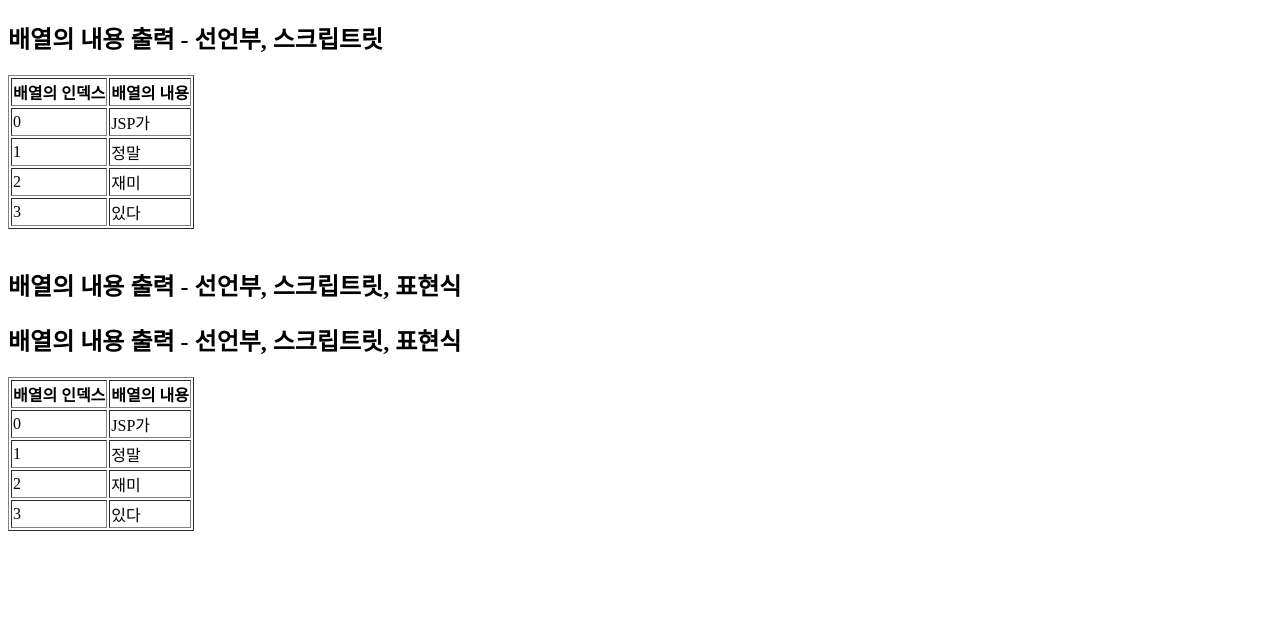
Repository: coolSummer1119/study
Page: http://localhost/ch03_Jsp/ch02_script/s01_script.jsp
An editor plug-in stored every save of this project. The page is shown before and after the next save, followed by the edit.
The browser window is 1280 px wide. The pictures show the whole page.
The page is served by Tomcat 9.

Above is the page before, as saved 2024-04-22 07:43:30.

After the next save:
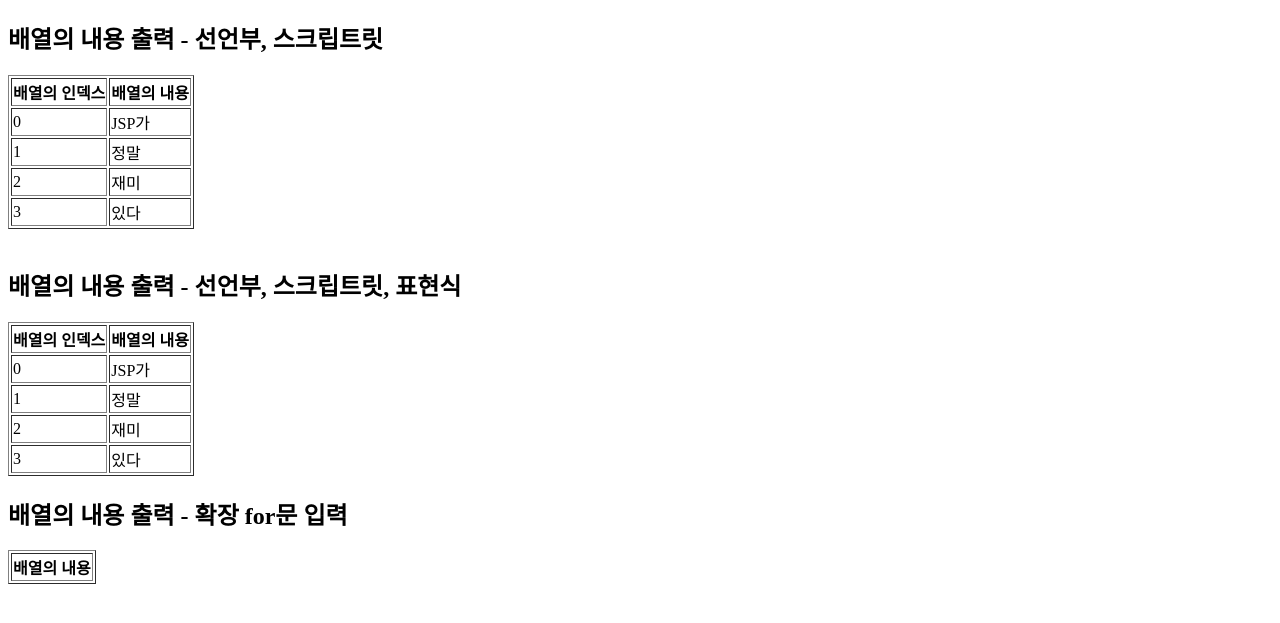
Saved 68 s later.
--- a/workspace/ch03_Jsp/src/main/webapp/ch02_script/s01_script.jsp
+++ b/workspace/ch03_Jsp/src/main/webapp/ch02_script/s01_script.jsp
@@ -46,8 +46,16 @@
 <%/* 스크립트릿 영역 */
 	}
 %>
+</table>
 
-<h2>배열의 내용 출력 - 선언부, 스크립트릿, 표현식</h2>
+<h2>배열의 내용 출력 - 확장 for문 입력</h2>
+<table border="1">
+	<tr>
+		<th>배열의 내용</th>
+	</tr>
+<%
+
+%>
 </table>
 </body>
 </html>
